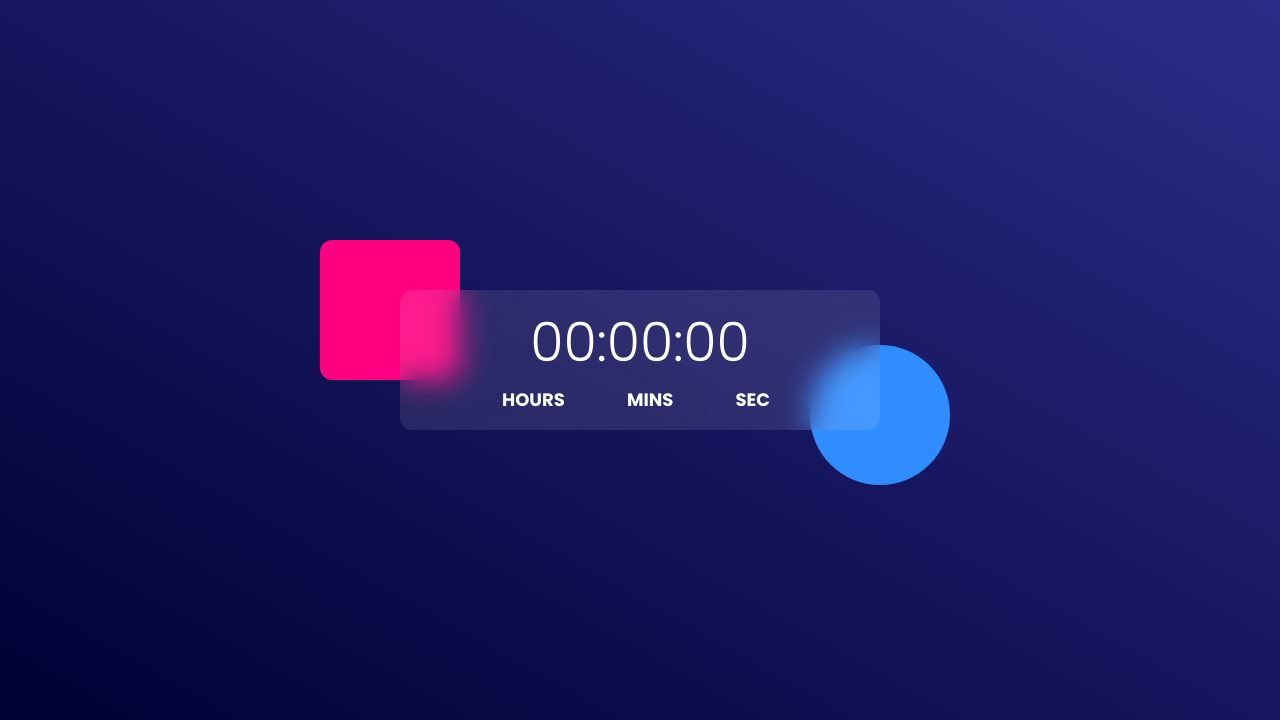
Repository: Ankitkr2021/Digital_Clock
Page: index.html
These files come from the project's save history. The page is drawn as it stood at one moment and after the next save; the edit follows.
The browser window is 1280 px wide. The pictures show the whole page.

Above is the page before, as saved 2025-10-26 03:54:05.

After the next save:
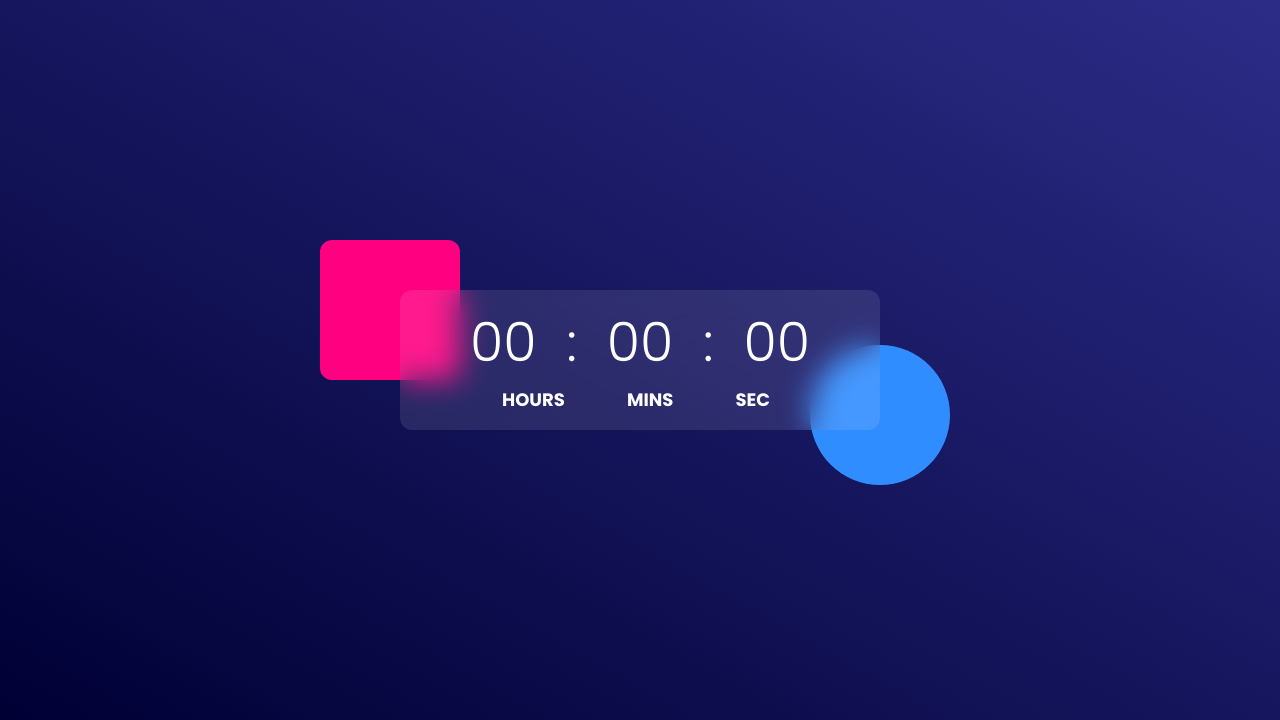
Saved 23 s later.
--- a/style.css
+++ b/style.css
@@ -59,8 +59,9 @@
 }
 
 .time {
+    width: 400px;
     display: flex;
-    justify-content: space-between;
+    justify-content: space-evenly;
 }
 
 span{
